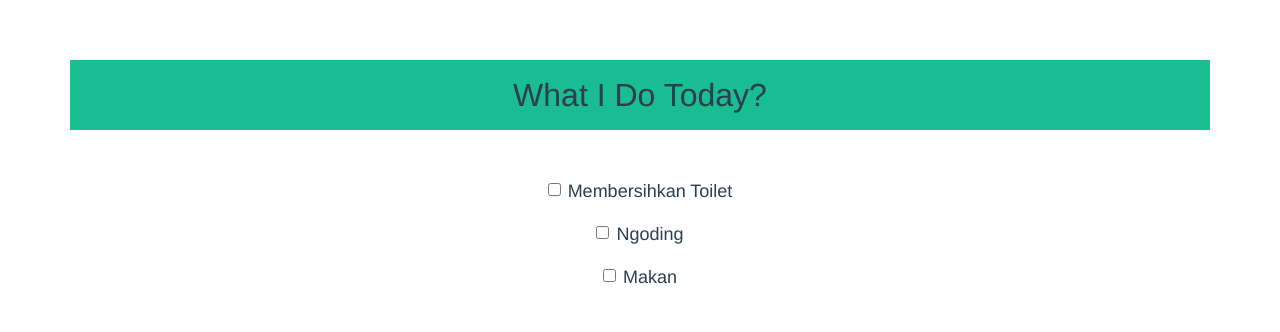
Repository: AdiPrimanto/praxis-academy
Page: / (app in novice/03-05/todolist/)
The author's editor kept a copy of each file at every save. The page is drawn from the files as they stood at one save, then again after the next save.
The browser window is 1280 px wide. The pictures show the whole page.
The project was rebuilt for these pictures with package versions that can differ from the ones it lists, and the page was loaded fresh each time.

Above is the page before, as saved 2019-11-29 14:49:07.

After the next save:
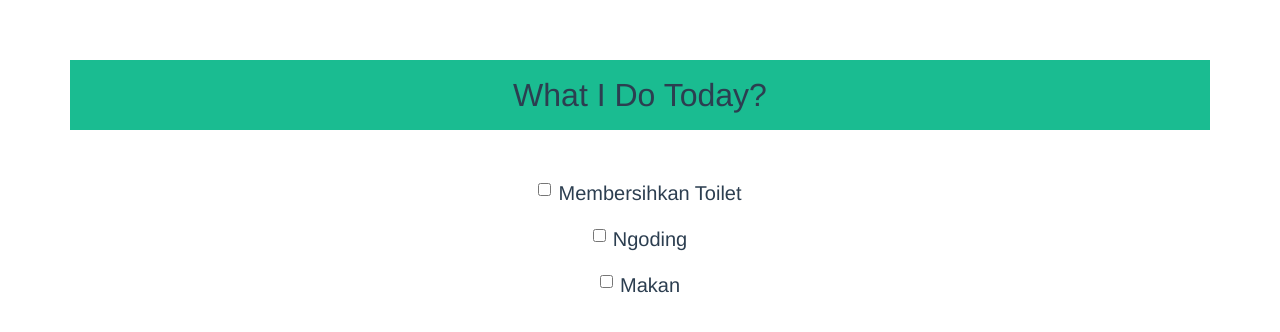
Saved 2 min 1 s later.
--- a/novice/03-05/todolist/src/App.vue
+++ b/novice/03-05/todolist/src/App.vue
@@ -79,6 +79,6 @@
     margin: 0;
   }
   .tugas .item{
-    font-size: 18px;
+    font-size: 20px;
   }
 </style>
